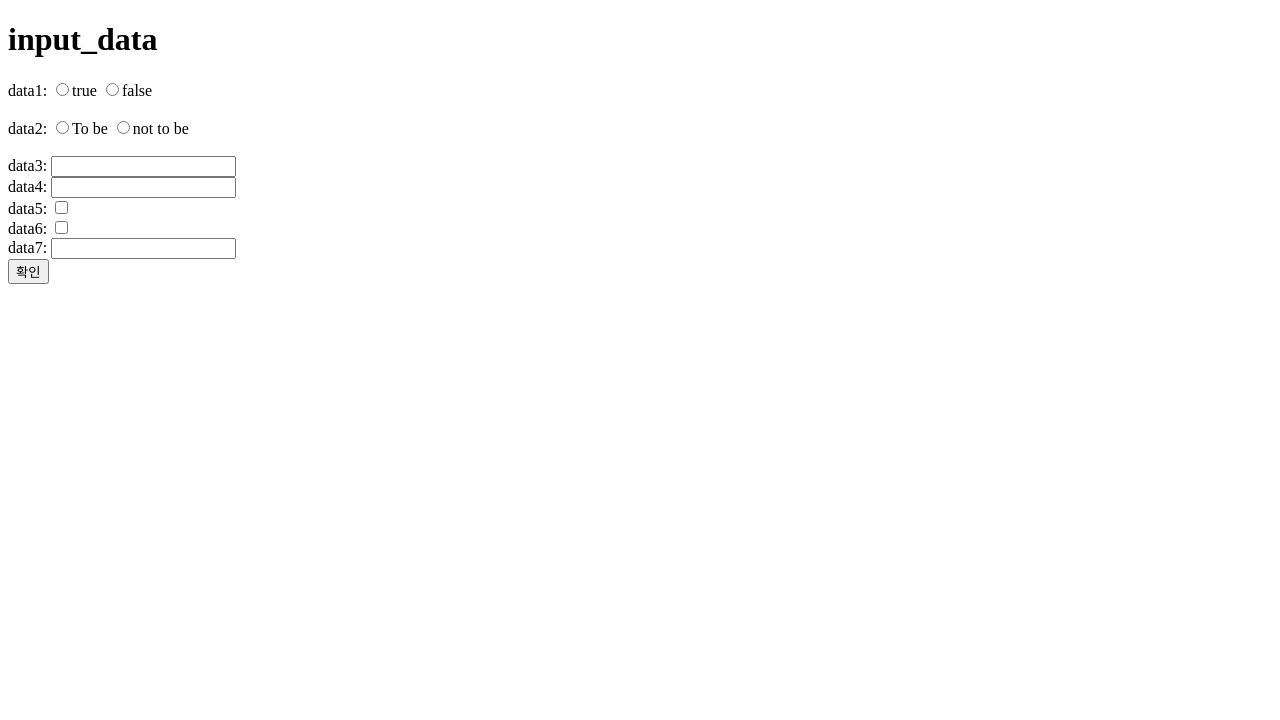
Repository: kangseongwuk/Spring
Page: http://localhost/SpringMiniProject/WEB-INF/views/input_data.jsp
These files come from the project's save history. The page is drawn as it stood at one moment and after the next save; the edit follows.
The browser window is 1280 px wide. The pictures show the whole page.
The page is served by Tomcat 9. Nobody is signed in. Other server files are loaded and not shown. The template is opened directly, without the code that normally fills it, so the values that code supplies are empty.

Above is the page before, as saved 2022-10-20 07:49:04.

### SpringMiniProject/src/main/webapp/WEB-INF/views/input_data.jsp
<%@ page language="java" contentType="text/html; charset=UTF-8"
    pageEncoding="UTF-8"%>
<%@ taglib prefix="form" uri="http://www.springframework.org/tags/form" %>
<!DOCTYPE html>
<html>
<head>
<meta charset="UTF-8">
<title>데이터 입력</title>
</head>
<body>
	<h1>input_data</h1>

	<form:form action="input_pro" method="post" modelAttribute="dataBean">

		data1: <form:radiobutton path="data1" value="true"/>true
				<form:radiobutton path="data1" value="false"/>false<br>
				<form:errors path="data1"/><br>

		data2: <form:radiobutton path="data2" value="true"/>To be
			<form:radiobutton path="data2" value="false"/>not to be<br>
			<form:errors path="data2"/>	<br>

		data3: <form:input path="data3"/>
			<form:errors path="data3"/>	<br>

		data4: <form:input path="data4"/>
			<form:errors path="data4"/>	<br>

		data5: <form:checkbox path="data5" value="값"/>
			<form:errors path="data5"/>	<br>

		data6: <form:checkbox path="data6" value="값"/>
			<form:errors path="data6"/>	<br>

		data7: <form:input path="data7"/>
			<form:errors path="data7"/>	<br>


		<form:button type="submit">확인</form:button>
	</form:form>

</body>
</html>


<!--
.JSR-303
---------------------
 - JSR-303
 1) JSR-303 어노테이션은 빈 객체에 주입되는 값의 유효성 검사를 하기 위해 제공되는 어노테이션입니다.
    여기에서는 자주 사용하는 것만 골라서 보도록 하겠습니다.
 2) https://beanvalidation.org/1.0/spec/

	@AssertTrue : true가 아닌 값이 들어오면 오류
	@AssertFalse : false가 아닌 값이 들어오면 오류
	@Max(값) : 값보다 큰 값이 들어오면 오류
	@Min(값) : 값보다 작은 값이 들어오면 오류

 3) @DecimalMax(value=값, inclusive=true/false) : 값보다 작거나 같은 값이 들어와야 합니다.
    Inclusive가 false면 값은 포함하지 않기 때문에 작은 값이 들어와야 합니다. 생략하면 true

 4) @DecimalMin(value=값, inclusive=true/false) : 값보다 크거나 같은 값이 들어와야 합니다.
    Inclusive가 false면 값은 포함하지 않기 때문에 큰 값이 들어와야 합니다. 생략하면 true

 5) @Null : 값이 들어오면 오류가 발생.
    @NotNull : 값이 들어오지 않으면 오류가 발생.
    @Digits(integer=자릿수,fraction=자릿수) : 지정된 자릿수의 숫자가 아닐 경우 오류가 발생.
         Integer – 정수 자릿수, fraction – 실수 자릿수
    @Size(min=글자수,max=글자수) : 지정된 글자수 보다 짧거나 길면 오류가 발생

  6) @Pattern(regexp=정규식) : 주어진 정규식에 위배되면 오류 발생

-->

After the next save:
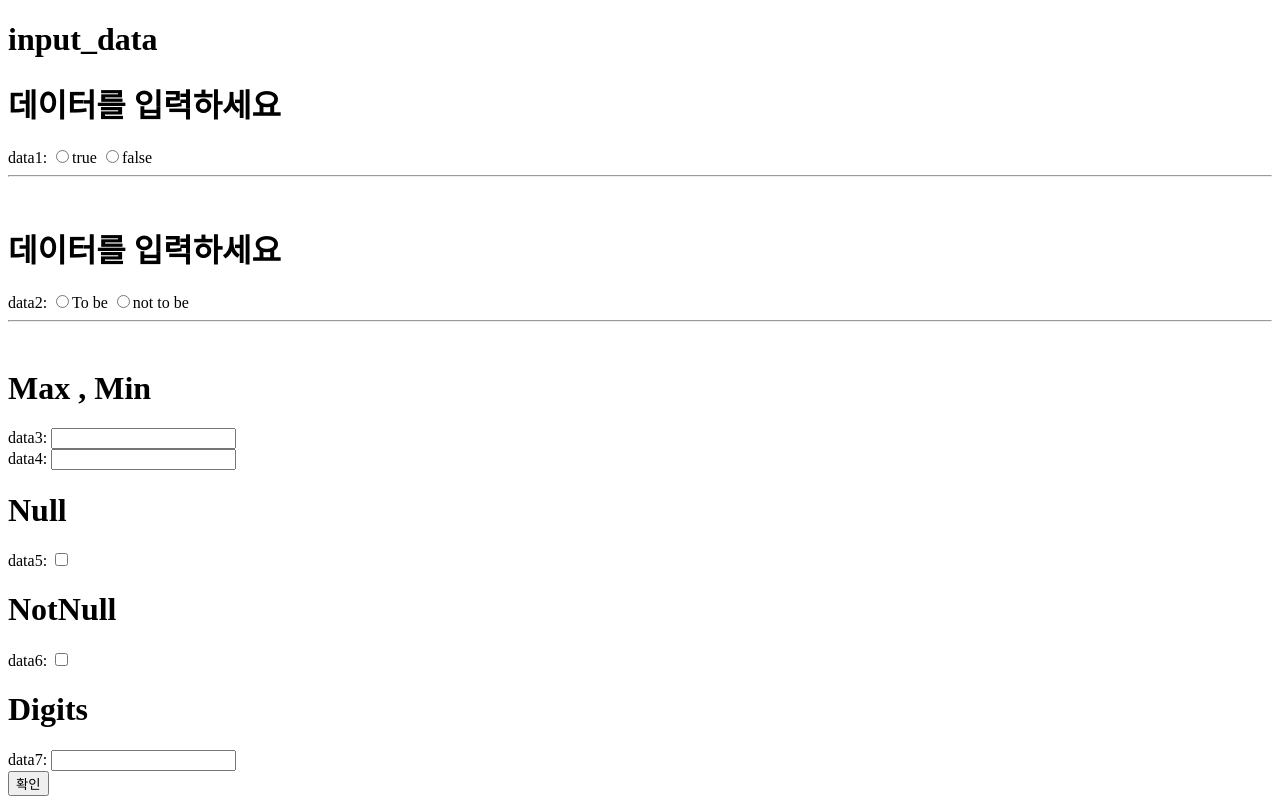
Saved 2 min 10 s later.
--- a/SpringMiniProject/src/main/webapp/WEB-INF/views/input_data.jsp
+++ b/SpringMiniProject/src/main/webapp/WEB-INF/views/input_data.jsp
@@ -11,27 +11,32 @@
 	<h1>input_data</h1>
 
 	<form:form action="input_pro" method="post" modelAttribute="dataBean">
-
+	<h1>데이터를 입력하세요</h1>
 		data1: <form:radiobutton path="data1" value="true"/>true
-				<form:radiobutton path="data1" value="false"/>false<br>
+				<form:radiobutton path="data1" value="false"/>false<hr>
 				<form:errors path="data1"/><br>
 
+	<h1>데이터를 입력하세요</h1>
 		data2: <form:radiobutton path="data2" value="true"/>To be
-			<form:radiobutton path="data2" value="false"/>not to be<br>
+			<form:radiobutton path="data2" value="false"/>not to be<hr>
 			<form:errors path="data2"/>	<br>
 
+	<h1>Max , Min</h1>
 		data3: <form:input path="data3"/>
 			<form:errors path="data3"/>	<br>
 
 		data4: <form:input path="data4"/>
 			<form:errors path="data4"/>	<br>
 
+	<h1>Null</h1>
 		data5: <form:checkbox path="data5" value="값"/>
 			<form:errors path="data5"/>	<br>
 
+	<h1>NotNull</h1>
 		data6: <form:checkbox path="data6" value="값"/>
 			<form:errors path="data6"/>	<br>
 
+	<h1>Digits</h1>
 		data7: <form:input path="data7"/>
 			<form:errors path="data7"/>	<br>
 
